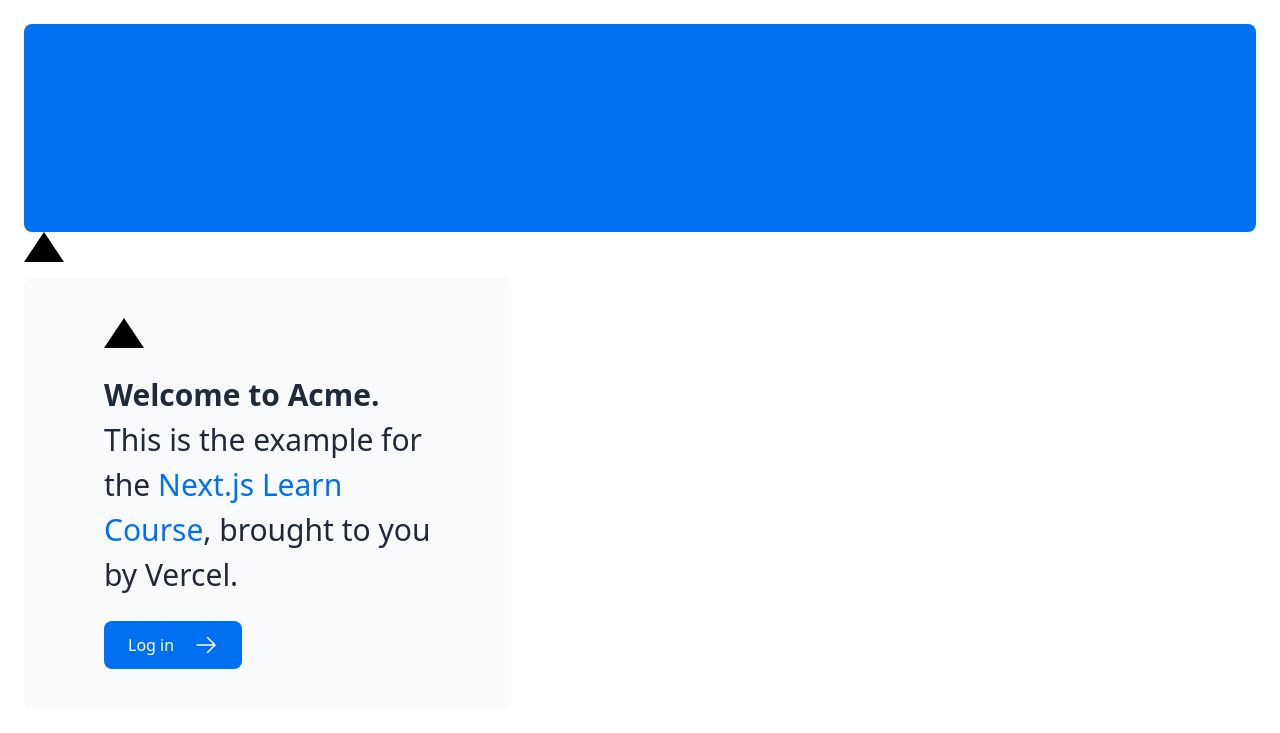
Repository: starsky886/nextjs-dashboard
Page: /
These files come from the project's save history. The page is drawn as it stood at one moment and after a run of saves; the edit follows.
The browser window is 1280 px wide. The pictures show the whole page.
The project was rebuilt for these pictures with package versions that can differ from the ones it lists, and the page was loaded fresh each time. The framework's server and built-in components were replaced by stand-ins that run in the browser. Also part of the build but not shown: next.config.js.

Above is the page before, as saved 2024-03-26 20:10:42.

### app/layout.tsx
import '@/app/ui/global.css'
export default function RootLayout({
  children,
}: {
  children: React.ReactNode;
}) {
  return (
    <html lang="en">
      <body>{children}
      </body>

    </html>
  );
}

### app/page.tsx
import AcmeLogo from '@/app/ui/acme-logo';
import { ArrowRightIcon } from '@heroicons/react/24/outline';
import Link from 'next/link';
import styles from '@/app/ui/home.module.css';

export default function Page() {
  return (
    <main className="flex min-h-screen flex-col p-6">

      <div className="flex h-20 shrink-0 items-end rounded-lg bg-blue-500 p-4 md:h-52">
        {/* <AcmeLogo /> */}

      </div>
      <div className={styles.shape}></div>
      <div className="mt-4 flex grow flex-col gap-4 md:flex-row">
        <div className="flex flex-col justify-center gap-6 rounded-lg bg-gray-50 px-6 py-10 md:w-2/5 md:px-20">
          <p  className="h-0 w-0 border-b-[30px] border-l-[20px] border-r-[20px] border-b-black border-l-transparent border-r-transparent"></p>
          <p className={`text-xl text-gray-800 md:text-3xl md:leading-normal`}>
            <strong>Welcome to Acme.</strong> This is the example for the{' '}
            <a href="https://nextjs.org/learn/" className="text-blue-500">
              Next.js Learn Course
            </a>
            , brought to you by Vercel.
          </p>
          <Link
            href="/login"
            className="flex items-center gap-5 self-start rounded-lg bg-blue-500 px-6 py-3 text-sm font-medium text-white transition-colors hover:bg-blue-400 md:text-base"
          >
            <span>Log in</span> <ArrowRightIcon className="w-5 md:w-6" />
          </Link>
        </div>
        <div className="flex items-center justify-center p-6 md:w-3/5 md:px-28 md:py-12">
          {/* Add Hero Images Here */}
        </div>
      </div>
    </main>
  );
}

Loaded but not shown: app/ui/global.css (common file); app/ui/home.module.css (common file); tailwind.config.ts (common file); app/ui/fonts.ts (common file)

After the next 5 saves:
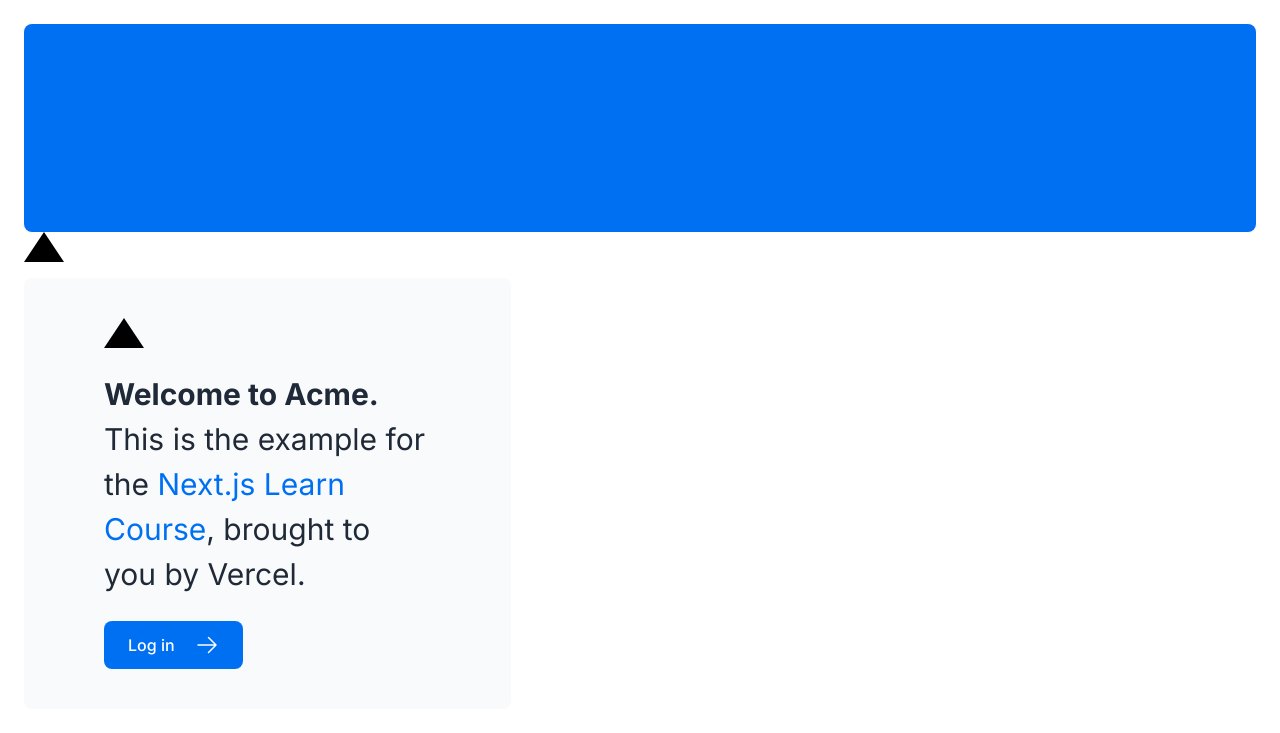
The 5 saves are shown as one change because 4 did not build or start.
The last was saved 4 min 0 s later.
--- a/app/layout.tsx
+++ b/app/layout.tsx
@@ -1,4 +1,5 @@
 import '@/app/ui/global.css'
+import { inter } from '@/app/ui/fonts';
 export default function RootLayout({
   children,
 }: {
@@ -6,7 +7,7 @@
 }) {
   return (
     <html lang="en">
-      <body>{children}
+      <body className={`${inter.className} antialiased`}>{children}
       </body>
 
     </html>
